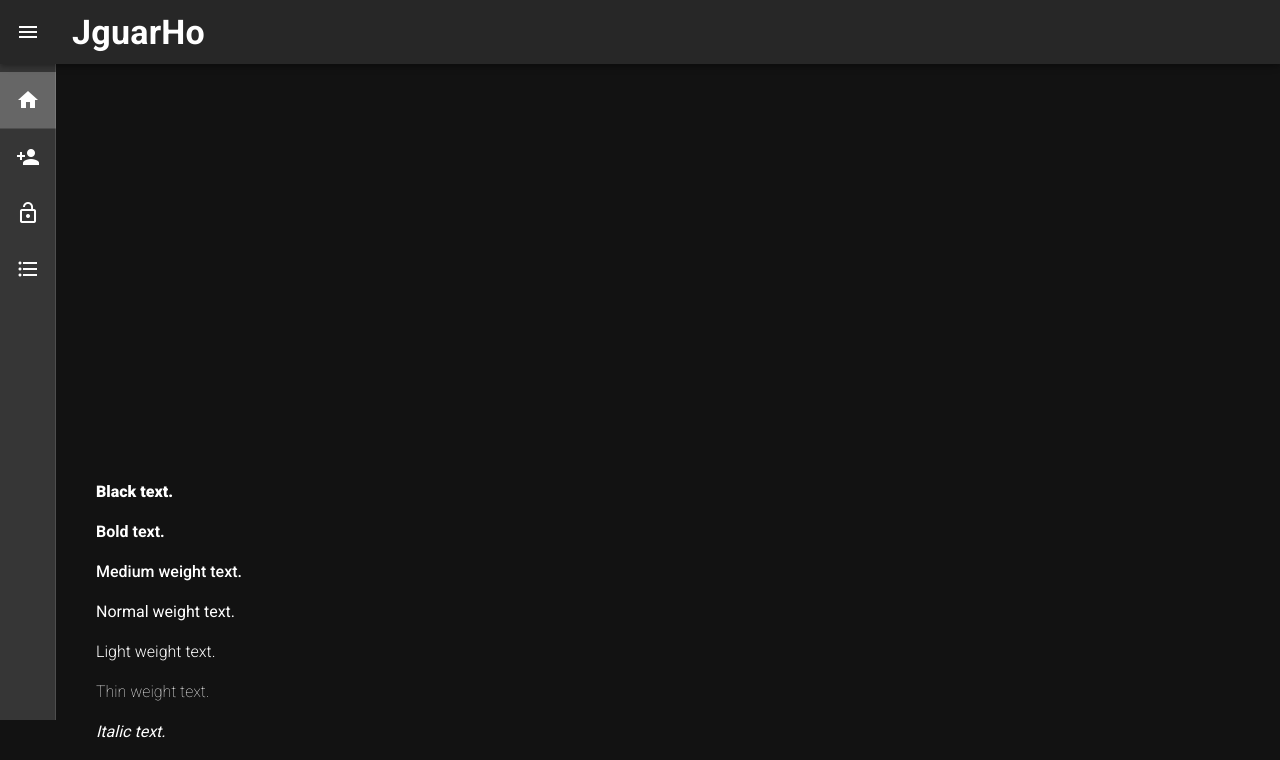
Repository: agent501/MRMS
Page: /
The author's editor kept a copy of each file at every save. The page is drawn from the files as they stood at one save, then again after the next save.
The browser window is 1280 px wide. The pictures show the whole page.
The page's requests for data from a server got no answer. The project was rebuilt for these pictures with package versions that can differ from the ones it lists, and the page was loaded fresh each time. No one was signed in, and anything a server would have sent is missing. Also part of the build but not shown: vue.config.js, src/components/Product/products.vue, src/components/Product/product.vue, src/components/Product/createproduct.vue, src/components/User/signin.vue, src/components/User/signup.vue, src/components/User/profile.vue, src/components/Shared/Alert.vue and 2 more. Imported but missing from the stored project, and not drawn on this page: src/router/auth-guard.js.

Above is the page before, as saved 2020-07-29 16:46:56.

After the next save:
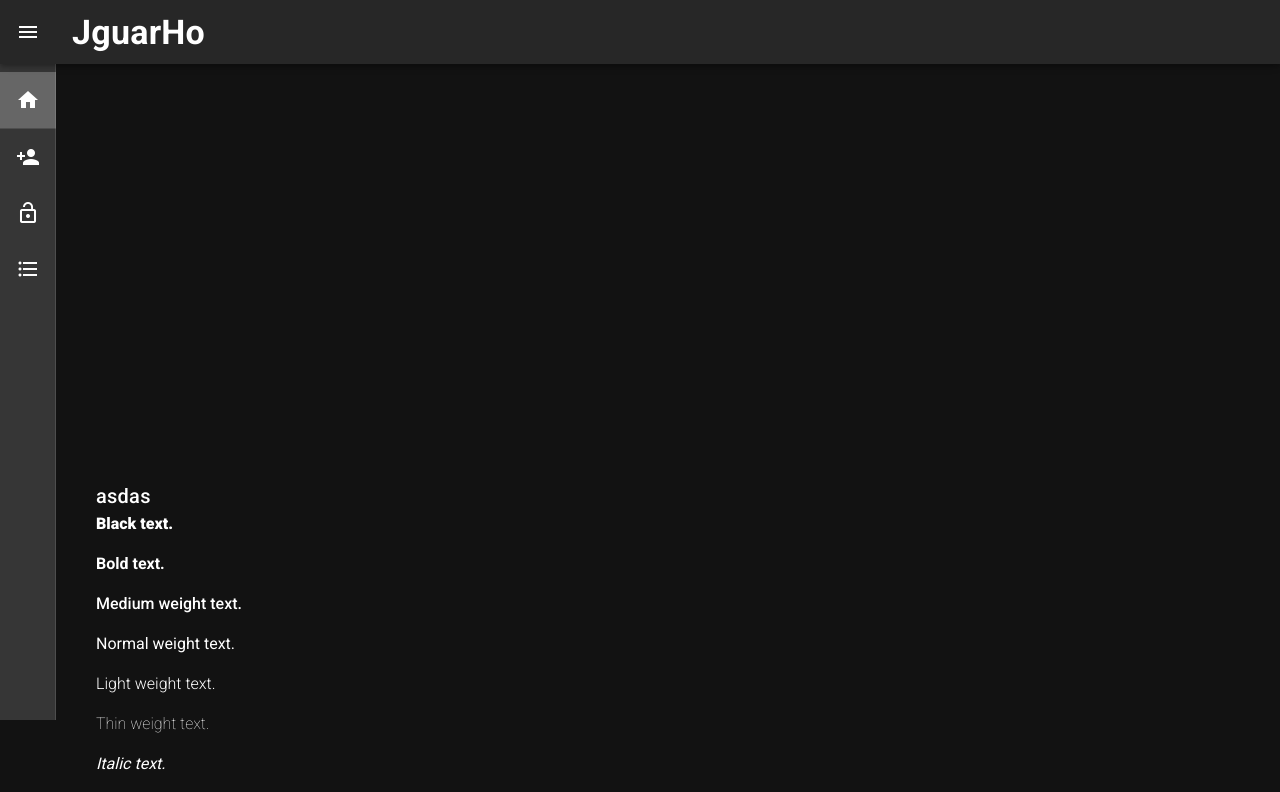
Saved 36 s later.
--- a/src/components/Home.vue
+++ b/src/components/Home.vue
@@ -34,6 +34,7 @@
     </v-carousel>
 
     <div>
+      <div class="text-lg-h6">asdas</div>
       <p class="font-weight-black">Black text.</p>
       <p class="font-weight-bold">Bold text.</p>
       <p class="font-weight-medium">Medium weight text.</p>
